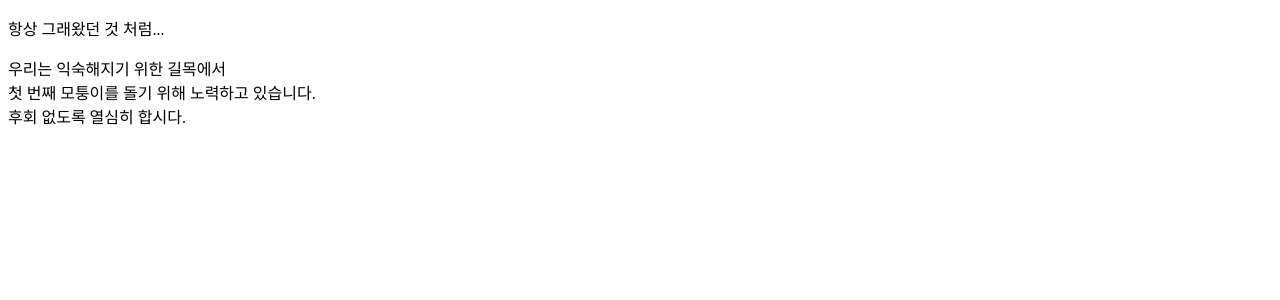
Repository: yhj4130/WebStudy
Page: WebApp01/WebContent/Test001.html
The author's editor kept a copy of each file at every save. The page is drawn from the files as they stood at one save, then again after the next save.
The browser window is 1280 px wide. The pictures show the whole page.

Above is the page before, as saved 2019-04-29 06:48:14.

After the next save:
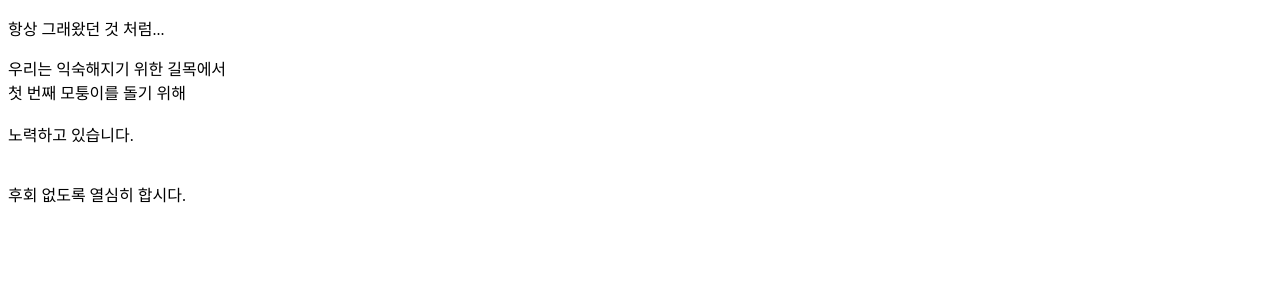
Saved 12 min 41 s later.
--- a/WebApp01/WebContent/Test001.html
+++ b/WebApp01/WebContent/Test001.html
@@ -9,9 +9,9 @@
 <!--  문단 구성 -->
 <p>항상 그래왔던 것 처럼...</p>
 
-우리는 익숙해지기 위한 길목에서
-<br>첫 번째 모퉁이를 돌기 위해 노력하고 있습니다.
-<br>후회 없도록 열심히 합시다.
+우리는 익숙해지기 위한 길목에서<br>
+첫 번째 모퉁이를 돌기 위해<br><br> 노력하고 있습니다.<br><br><br>
+후회 없도록 열심히 합시다.<br><br><br><br>
 
 </body>
 </html>
